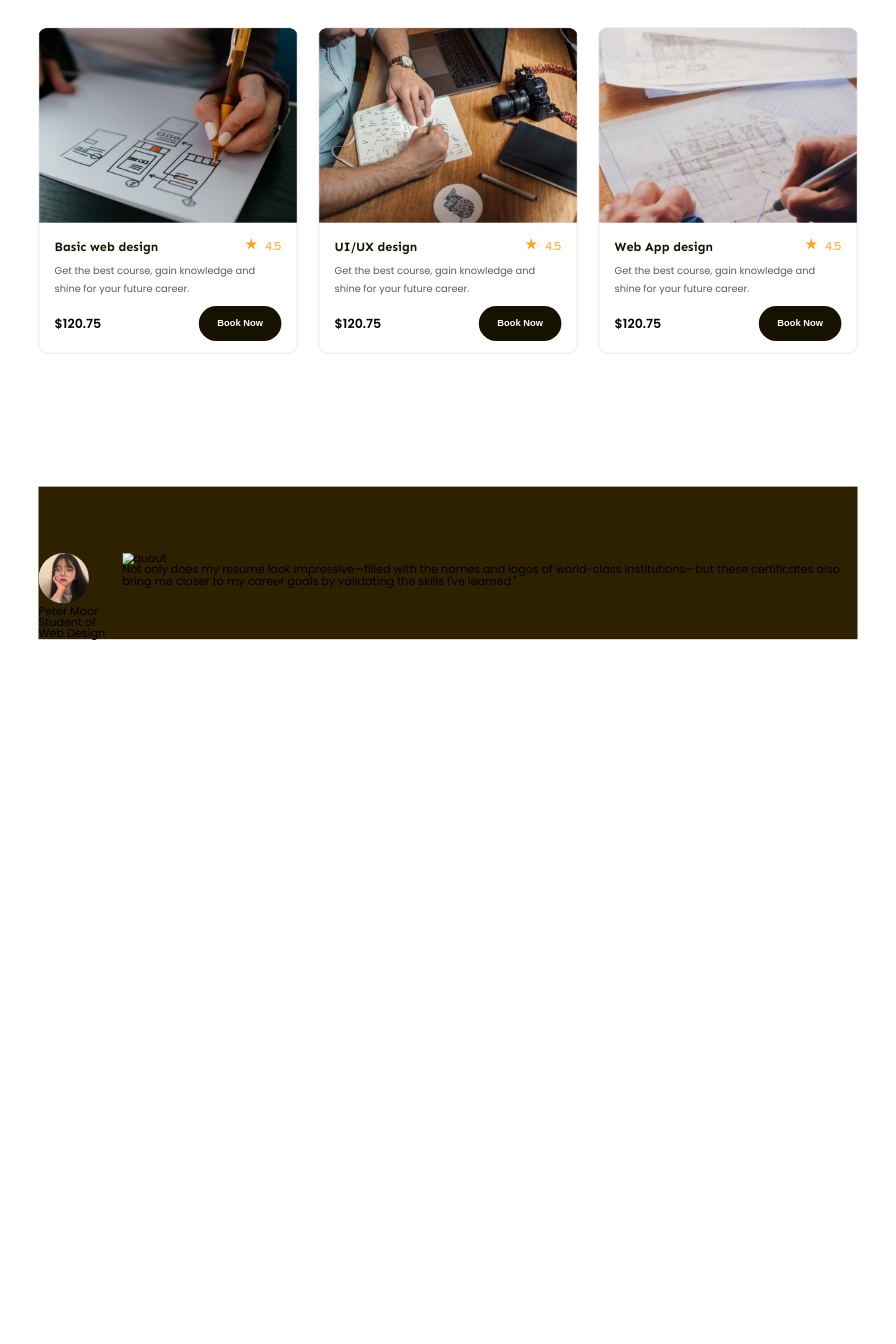
Repository: Toihoclaptrinh/duan1_figma
Page: index.html
The author's editor kept a copy of each file at every save. The page is drawn from the files as they stood at one save, then again after the next save.
The browser window is 1280 px wide. The pictures show the part of the page from y = 1243 to 3163 px (the page is 10000 px tall), at 70% of full size.

Above is the page before, as saved 2024-02-09 23:20:59.

### index.html
<!DOCTYPE html>
<html lang="en">
  <head>
    <meta charset="UTF-8" />
    <meta name="viewport" content="width=device-width, initial-scale=1.0" />
    <!-- reset css -->
    <link rel="stylesheet" href="./assets/css/reset.css" />
    <!-- embet font -->
    <link rel="preconnect" href="https://fonts.googleapis.com" />
    <link rel="preconnect" href="https://fonts.gstatic.com" crossorigin />
    <link
      href="https://fonts.googleapis.com/css2?family=Poppins:ital,wght@0,400;0,500;0,600;0,700;1,400&family=Sen:wght@700&display=swap"
      rel="stylesheet"
    />

    <!-- style css -->
    <link rel="stylesheet" href="./assets/css/style.css" />

    <title>Figma</title>
  </head>
  <body style="height: 10000px">
    <!-- header -->
    <header class="header fixed">
      <div class="main-content">
        <div class="body">
          <!-- logo -->
          <img src="./assets/icon/Lesson..svg" alt="Lesson" />
          <!-- navigation -->
          <nav class="nav">
            <ul>
              <li class="active">
                <a href="#!">Home</a>
              </li>
              <li>
                <a href="#!">Courses</a>
              </li>
              <li>
                <a href="#!">Pricing</a>
              </li>
              <li>
                <a href="#!">Reviews</a>
              </li>
            </ul>
          </nav>
          <!-- btn action -->
          <div class="action">
            <a href="#!" class="btn btn-sign-up">Sign Up</a>
          </div>
        </div>
      </div>
    </header>

    <main>
       <!-- code phần hero -->
      <div class="hero">
        <div class="main-content">
          <div class="body">
            <!-- hero left -->
            <div class="media-block">
              <img
                src="./assets/img/guy-lesson 1.jpg"
                alt="ảnh minh họa"
                class="img"
              />
              <div class="hero-summary">
                <!-- item 1 -->
                <div class="item">
                  <div class="icon">
                    <img src="./assets/icon/Design.svg" alt="icon design" />
                  </div>
                  <div class="info">
                    <p class="label">20 Courses</p>
                    <p class="title">UI/UX Design</p>
                  </div>
                </div>
                <!-- item 2 -->
                <div class="item">
                  <div class="icon icon2">
                    <img src="./assets/icon/Dev.svg" alt="icon dev" />
                  </div>
                  <div class="info">
                    <p class="label">20 Courses</p>
                    <p class="title">Development</p>
                  </div>
                </div>
                <!-- item 3 -->
                <div class="item">
                  <div class="icon icon3">
                    <img src="./assets/icon/Mark.svg" alt="icon marketing" />
                  </div>
                  <div class="info">
                    <p class="label">30 Courses</p>
                    <p class="title">Marketing</p>
                  </div>
                </div>
              </div>
            </div>
              <!-- hero-right -->
              <div class="contain-block">
                <h1 class="heading">
                  Learn without limits and spread knowledge.
                </h1>
                <p class="desc">
                  Build new skills for that “this is my year” feeling with
                  courses, certificates, and degrees from world-class
                  universities and companies.
                </p>
                <div class="cta-group">
                  <a href="#!" class="btn">See Courses</a>
                  <button class="watch-video">
                    <div class="icon">
                      <img src="./assets/icon/Polygon 2.svg" alt="play video" />
                    </div>
                    <span>Watch Video</span>
                  </button>
                </div>
                <p class="desc descRecent">Recent engagement</p>
                <p class="desc descstrong" >
                  <strong>50K</strong> Students <strong>70+</strong> Courses
                </p>
              </div>
          </div>
        </div>
        </div>
      </div>
       <!-- code phần pupular -->
      <div class="popular">
        <div class="main-content">
          <div class="pupular-top">
            <!-- khối bên trái  -->
            <div class="info">
              <h2 class="heading-lv2">Our popular courses</h2>
              <p class="desc">Build new skills with new trendy courses and shine for the next future career.</p>
            </div>
              <div class="controls">
                <button class="control-btn">
                  <svg width="8" height="14" viewBox="0 0 8 14" fill="none" xmlns="http://www.w3.org/2000/svg">
                    <path d="M7 1L1 7L7 13" stroke="currentColor" stroke-linecap="round" stroke-linejoin="round"/>
                    </svg>
                </button>
                <button class="control-btn">
                  <svg width="8" height="14" viewBox="0 0 8 14" fill="none" xmlns="http://www.w3.org/2000/svg">
                    <path d="M1 1L7 7L1 13" stroke="currentColor" stroke-linecap="round" stroke-linejoin="round"/>
                    </svg>
                </button>
              </div>
          </div>
          <div class="courses-list">
            <!-- khối thứ 1  -->
            <div class="courses-item">
              <a href="#!"><img src="./assets/img/thumb.jpg" alt="Basic web design" class="thumb"></a>
              <div class="info">
                <div class="head">
                  <h3 class="title"><a href="#!">Basic web design</a></h3>
                  <div class="rating">
                      <img src="./assets/icon/Star.svg" alt="star" class="star">
                      <span class="value">4.5</span>
                   </div>
                </div>

              <div class="desc">
                <p>Get the best course, gain knowledge and shine for your future career.</p>
              </div>
              <div class="foot">
                <span class="price">$120.75</span>
                <button class="btn">Book Now</button>
              </div>
            </div>
          </div>
            <!-- khối thứ 2 -->
            <div class="courses-item">
             <a href="#!"> <img src="./assets/img/thum2.jpg" alt="UI/UX design" class="thumb"></a>
              <div class="info">
                <div class="head">
                  <h3 class="title"><a href="#!">UI/UX design</a></h3>
                  <div class="rating">
                    <img src="./assets/icon/Star.svg" alt="star" class="star">
                      <span class="value">4.5</span>
                   </div>
                </div>

              <div class="desc">
                <p>Get the best course, gain knowledge and shine for your future career.</p>
              </div>
              <div class="foot">
                <span class="price">$120.75</span>
                <button class="btn">Book Now</button>
              </div>
            </div>
          </div>
            <!-- khối thứ 3 -->
            <div class="courses-item">
              <a href="#!"><img src="./assets/img/thumb3.png" alt="Web App design" class="thumb"></a>
              <div class="info">
                <div class="head">
                  <h3 class="title"><a href="#!">Web App design</a></h3>
                  <div class="rating">
                    <img src="./assets/icon/Star.svg" alt="star" class="star">
                      <span class="value">4.5</span>
                   </div>
                </div>
                <div class="desc">
                  <p>Get the best course, gain knowledge and shine for your future career.</p>
                </div>
                <div class="foot">
                  <span class="price">$120.75</span>
                  <button class="btn">Book Now</button>
                </div>
            </div>
          </div>
        </div>
        </div>
     </div>
     <!-- code phần feedback -->
     <div class="feedback">
        <div class="main-content">
          <div class="feedback-list">
            <div class="feedback-items">
              <!-- khối bên trái -->
                <div class="info">
                  <img src="./assets/img/avatar.jpg" alt="avatar" class="avatar">
                  <p class="name">Peter Moor</p>
                  <p class="desc">Student of Web Design</p>
                  <div class="dots">
                    <span class="dot"></span>
                    <span class="dot"></span>
                    <span class="dot"></span>
                  </div>
                </div>
                <!-- khối bên phải -->
                <div class="describe">
                  <img src="#!" alt="quout" class="quot">
                  <p class="desc"> Not only does my resume look impressive—filled with the names and logos of
                    world-class institutions—but these certificates also bring me closer to my career goals by
                    validating the skills I've learned." </p>
                </div>
            </div>
          </div>
        </div>
     </div>
    </main>
  </body>
</html>

### assets/css/style.css
/* font
 font-family: 'Poppins', sans-serif;
font-family: 'Sen', sans-serif;
 */

/* Phần code chung */

:root {
  --font-heading: "Sen", sans-serif;
  --primary-color: #ffb900;
}

* {
  box-sizing: border-box;
}
html {
  font-size: 62.5%;
}
body {
  font-size: 1.6rem;
  font-family: "Poppins", sans-serif;
}

a {
  text-decoration: none;
}

.heading-lv2 {
  font-family: var(--font-heading);
  font-size: 3.8rem;
  font-weight: 700;
  line-height: 1.27;
  letter-spacing: -0.76px;
}

/* code phần khối giao diện */
.main-content {
  width: 1170px;
  margin-left: auto;
  margin-right: auto;
  max-width: calc(100% - 48px);
}

/* Phần header */
.header {
  background: #fffcf4;
}
.header.fixed {
  position: sticky;
  /* phần phía trên sign up cách phía trên 8px cho bằng với phần bên dưới,nên để top -28px(36px-8),để âm 28 để cho phần
  thừa ra bị ẩn đi */
  top: -28px;
  z-index: 1;
}

.header .body {
  display: flex;
  align-items: center;
  padding: 36px 0px 8px;
}

.nav ul {
  display: flex;
}
.nav {
  margin-left: auto;
}

/* Thanh điều hướng */
.nav a {
  position: relative;
  color: #5f5b53;
  font-size: 1.6rem;
  padding: 8px 21px;
}

/* Dùng shadow tạo hiệu ứng in đậm khi hover  */
.nav li.active a,
.nav a:hover {
  color: #171100;
  text-shadow: 1px 0px 0px currentColor;
}

/* tạo dấu gạch chân dưới Home */
.nav li.active a::after {
  left: 21px;
  bottom: 6px;
  position: absolute;
  display: block;
  content: "";
  width: 12px;
  height: 2px;
  border-radius: 1px;
  background: #171100;
}

/* sign-up  */
.btn {
  display: inline-block;
  line-height: 50px;
  padding: 0 16px;
  min-width: 118px;
  color: #fff;
  text-align: center;
  font-weight: 600;
  border-radius: 999px;
  background: #171100;
}

.btn:hover {
  opacity: 0.9;
}

.header .btn-sign-up {
  min-width: 144px;
}

.header .action {
  margin-left: 49px;
}

/* phần hero  */

.hero {
  padding: 56px 0 65px;
  background-color: #fffcf4;
}

.hero .body {
  display: flex;
}

/* =========== hero left ================== */

.hero .media-block {
  width: 48%;
  position: relative;
}

.hero .media-block .img {
  width: 470px;
  height: 685px;
  object-fit: cover;
  border-radius: 20px;
}

.hero .hero-summary {
  width: 270px;
  padding: 24px;
  position: absolute;
  bottom: 48px;
  left: 300px;
  border-radius: 20px;
  background-color: #ffffff;
}

.hero-summary .item {
  display: flex;
  align-items: center;
}

.hero-summary .item + .item {
  margin-top: 22px;
}

.hero-summary .icon {
  width: 48px;
  height: 48px;
  border-radius: 50%;
  display: flex;
  justify-content: center;
  background-color: #fff9e8;
}

.hero-summary .icon2 {
  background-color: #fcefff;
}

.hero-summary .icon2 {
  background-color: #ebeaff;
}

.hero-summary .info {
  margin-left: 16px;
}

.hero-summary .info .label {
  font-size: 1.4rem;
  line-height: 1.86;
  color: #5f5b53;
}

.hero-summary .info .title {
  font-size: 1.4rem;
  color: #171100;
  line-height: 1.67;
  font-weight: 600;
}

/* =============== hero right ======= */

.hero .contain-block {
  width: 52%;
  padding-left: 130px;
  padding-top: 64px;
}

.hero .heading {
  color: #171100;
  font-family: var(--font-heading);
  font-size: 5.8rem;
  font-weight: 700;
  line-height: 1.17;
  letter-spacing: -1.16px;
}

.hero .desc {
  margin-top: 22px;
  font-size: 1.8rem;
  line-height: 1.67;
  color: #5f5b53;
}

.hero .cta-group {
  display: flex;
  margin-top: 38px;
  align-items: center;
}

.hero .btn {
  min-width: 180px;
  background-color: var(--primary-color);
  line-height: 64px;
}

.hero .watch-video {
  margin-left: 28px;
  border: none;
  background-color: transparent;
  display: flex;
  align-items: center;
  cursor: pointer;
}

.hero .watch-video .icon {
  width: 40px;
  height: 40px;
  background-color: #ffffff;
  border-radius: 40px;
  display: flex;
  align-items: center;
  justify-content: center;
  box-shadow: rgba(67, 71, 85, 0.27) 0px 0px 0.25em,
    rgba(90, 125, 188, 0.05) 0px 0.25em 1em;
}

.hero .watch-video span {
  margin-left: 14px;
  font-size: 1.8rem;
  font-weight: 600;
  line-height: 1.67;
}

.hero .descRecent {
  margin-top: 48px;
}

.hero .descstrong strong {
  font-family: var(--font-heading);
  font-size: 4.4rem;
  font-weight: 700;
  line-height: 1.23;
  color: #171100;
  margin-right: 15px;
}

.hero .descstrong {
  margin-top: 8px;
}

.hero .descstrong strong:nth-child(2) {
  margin-left: 28px;
}

.popular {
  padding: 65px 0px 55px;
  margin-top: 135px;
}

.pupular-top {
  display: flex;
  justify-content: space-between;
}

.pupular-top .desc {
  width: 458px;
  color: #5f5b53;
  font-size: 1.8rem;
  font-weight: 400;
  line-height: 1.67;
  margin-top: 16px;
}

.pupular-top .controls {
  display: flex;
  gap: 18px;
}

.pupular-top .control-btn {
  background-color: transparent;
  width: 40px;
  height: 40px;
  border: 1px solid var(--primary-color);
  border-radius: 50%;
  display: flex;
  justify-content: center;
  align-items: center;
  color: #ffb900;
}

.pupular-top .control-btn:hover {
  background-color: #ffb900;
  color: #ffffff;
  cursor: pointer;
}

.popular .courses-list {
  display: flex;
  margin-top: 55px;
  justify-content: space-between;
  gap: 30px;
}

.popular .courses-list .courses-item {
  flex: 1;
  max-width: 370px;
  height: 466px;
  border-radius: 12px;
  border: 1px solid #e2dfda;
}

.popular .courses-list .courses-item:hover {
  box-shadow: 0px 18px 36px 0px #0000000d;
  border: none;
}
.popular .courses-item .thumb {
  width: 100%;
  height: 278px;
  object-fit: cover;
}

.popular .courses-item .info {
  margin: 16px 22px 22px;
}

.popular .courses-item .head {
  display: flex;
  align-items: center;
  justify-content: space-between;
}

.popular .courses-item .title a {
  color: #171100;
  font-family: var(--font-heading);
  font-size: 1.8rem;
  font-weight: 600;
  line-height: 1.67;
}

.courses-item .head .value {
  font-size: 1.6rem;
  font-weight: 400;
  line-height: 1.75;
  color: #fea31b;
  margin-left: 6px;
}

.popular .courses-item .desc {
  font-size: 1.4rem;
  font-weight: 400;
  line-height: 1.86;
  color: #5f5b53;
  margin-top: 6px;
}

.popular .courses-item .foot {
  display: flex;
  align-items: center;
  justify-content: space-between;
  margin: 12px 0px 22px;
}

.popular .courses-item .foot .price {
  font-size: 1.8rem;
  font-weight: 600;
  line-height: 1.67;
}

.popular .courses-item .foot .btn {
  border: none;
}

.courses-item .foot .btn:hover {
  background-color: #ffb900;
  color: #ffffff;
  cursor: pointer;
}

.feedback .feedback-items {
  background-color: #2e2100;
  margin-top: 135px;
  padding-top: 95px;
}
.feedback-items {
  display: flex;
}

.feedback .info .avatar {
  border-radius: 999px;
  width: 72px;
}

Loaded but not shown: assets/css/reset.css (common file)

After the next save:
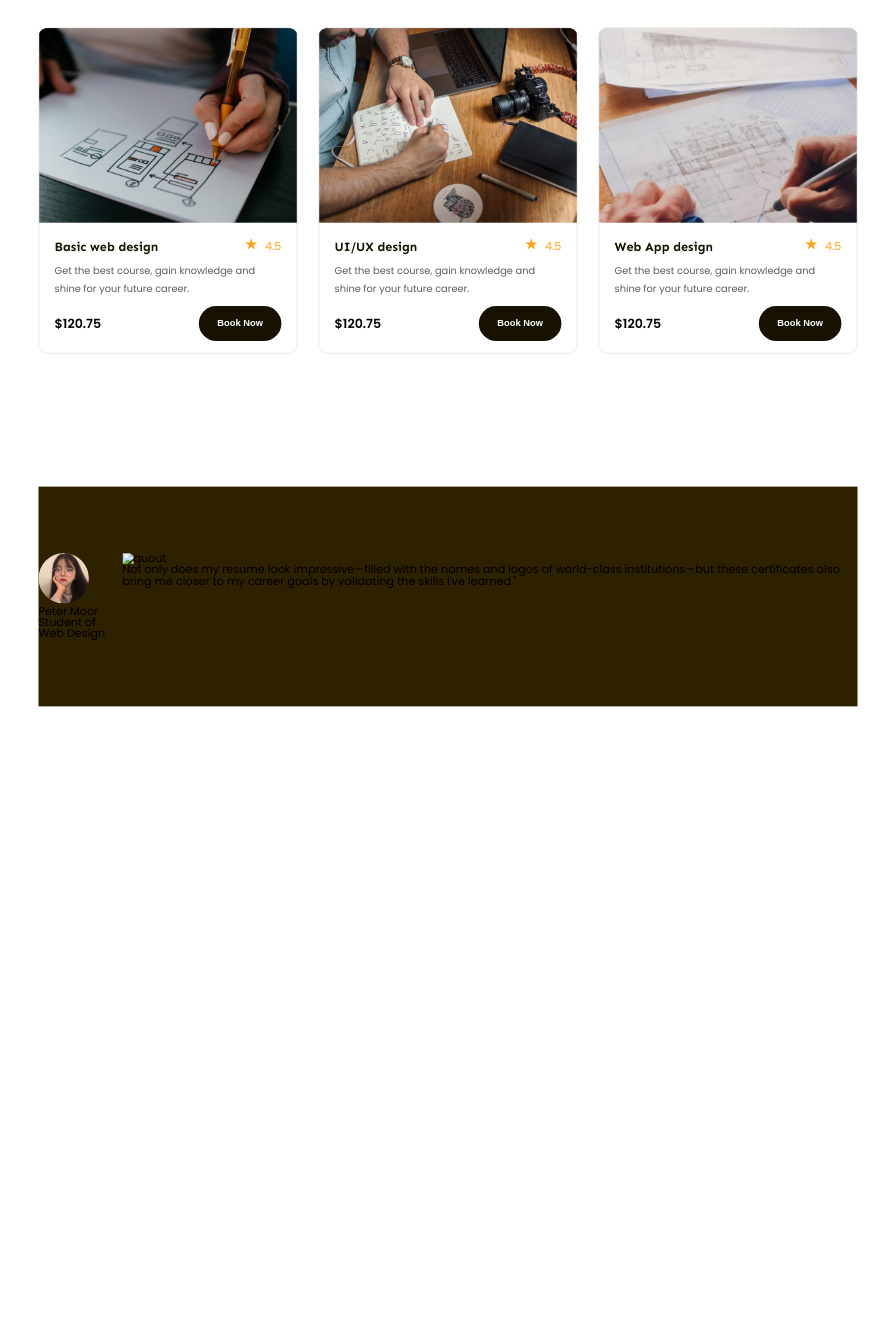
Saved 12 s later.
--- a/assets/css/style.css
+++ b/assets/css/style.css
@@ -410,6 +410,7 @@ a {
   background-color: #2e2100;
   margin-top: 135px;
   padding-top: 95px;
+  padding-bottom: 96px;
 }
 .feedback-items {
   display: flex;
